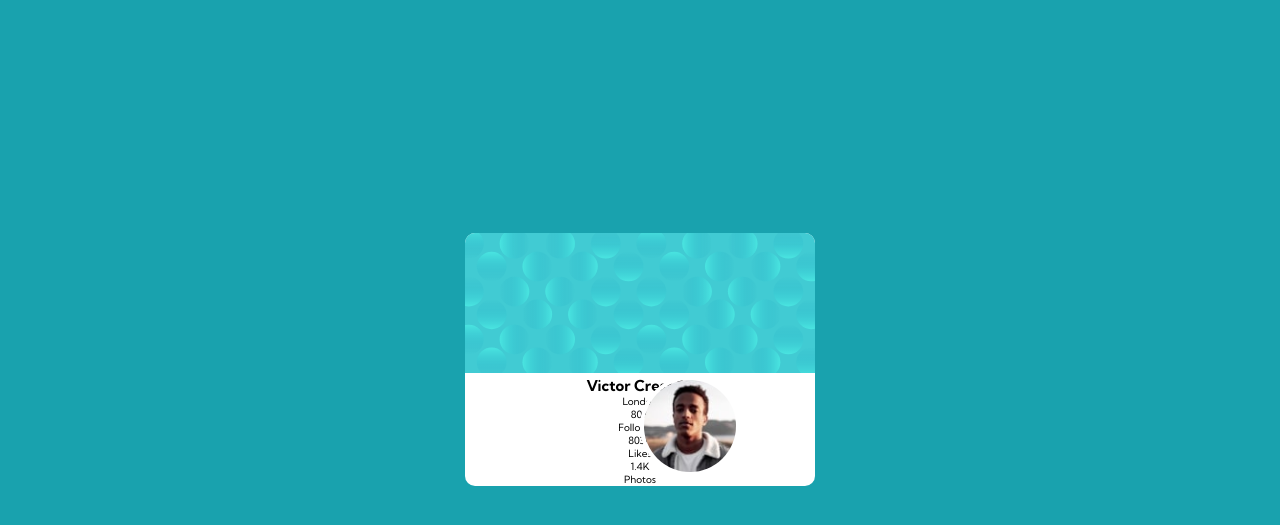
Repository: thaibaocoder1/profile-card-component-main
Page: index.html
These files come from the project's save history. The page is drawn as it stood at one moment and after the next save; the edit follows.
The browser window is 1280 px wide. The pictures show the whole page.

Above is the page before, as saved 2023-01-11 13:51:22.

### index.html
<!DOCTYPE html>
<html lang="en">
<head>
  <meta charset="UTF-8">
  <meta name="viewport" content="width=device-width, initial-scale=1.0">
  <link rel="icon" type="image/png" sizes="32x32" href="./images/favicon-32x32.png">
  <title>Frontend Mentor | Profile card component</title>
  <link rel="stylesheet" href="./style.css">
  <!-- Feel free to remove these styles or customise in your own stylesheet 👍 -->
  <style>
    .attribution { font-size: 11px; text-align: center; }
    .attribution a { color: hsl(228, 45%, 44%); }
  </style>
</head>
<body>
  <main class="card">
    <section class="card__wrapper">
      <img src="./images/bg-pattern-card.svg" alt="">
      <section class="card__content">
        <img src="./images/image-victor.jpg" alt="">
        <h2 class="card__bottom--heading">Victor Crest <span>26</span></h2>
        <p class="card__bottom--address">London</p>
        <section class="footer">
            <div class="card__bottom--item">
              <p>80K</p>
              <span>Followers</span>
            </div>
            <div class="card__bottom--item">
              <p>803K</p>
              <span>Likes</span>
            </div>
            <div class="card__bottom--item">
              <p>1.4K</p>
              <span>Photos</span>
            </div>
        </section>
      </section>
    </section>
  </main>
  <!-- <div class="attribution">
    Challenge by <a href="https://www.frontendmentor.io?ref=challenge" target="_blank">Frontend Mentor</a>.
    Coded by <a href="#">Your Name Here</a>.
  </div> -->
</body>
</html>

### style.css
@import url('https://fonts.googleapis.com/css2?family=Kumbh+Sans:wght@400;700&display=swap');
* {
    margin: 0;
    padding: 0;
    box-sizing: border-box;
    border: none;
    outline: none;
}
html {
    font-size: 62.5%;
}
body {
    text-rendering: optimizeLegibility;
    scroll-behavior: smooth;
    font-family: 'Kumbh Sans', sans-serif;
    display: flex;
    align-items: center;
    justify-content: center;
    background-color: var(--dark-cyan);
    height: calc(100vh - 1px)
}
:root {
    --dark-cyan: hsl(185, 75%, 39%);
    --very-dark-blue: hsl(229, 23%, 23%);
    --dark-blue: hsl(227, 10%, 46%);
    --dark-grey: hsl(0, 0%, 59%);
}
.card {
    margin: 0 auto;
    text-align: center;
}
.card__wrapper {
    max-width: 420px;
    background-color: #fff;
    border-radius: 1rem;
    overflow: hidden;
    margin: 1rem;
}
.card__content {
    position: relative;
}
.card__content img {
    width: 10rem;
    height: 10rem;
    border-radius: 50%;
    border: 4px solid #fff;
    position: absolute;
}

After the next save:
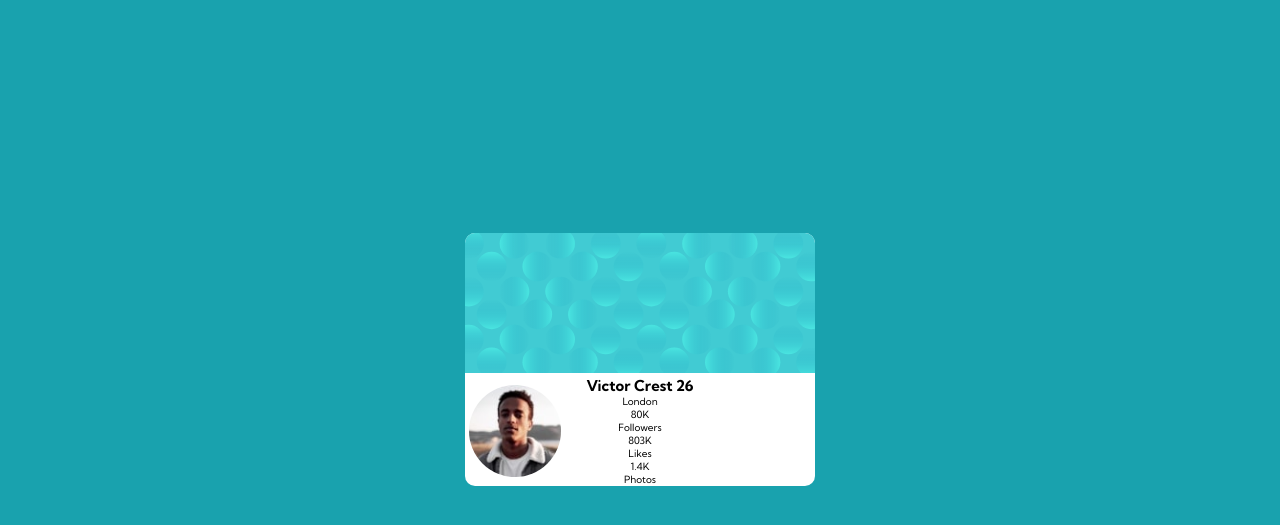
Saved 13 s later.
--- a/style.css
+++ b/style.css
@@ -45,4 +45,7 @@ body {
     border-radius: 50%;
     border: 4px solid #fff;
     position: absolute;
+    top: 50%;
+    left: 0;
+    transform: translateY(-50%);
 }
